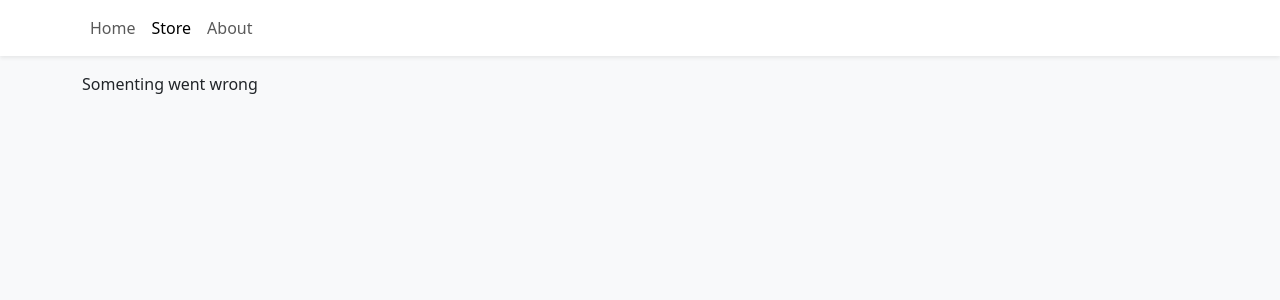
Repository: kurtveil/react-ecommerce
Page: /store
These files come from the project's save history. The page is drawn as it stood at one moment and after the next save; the edit follows.
The browser window is 1280 px wide. The pictures show the whole page.
The page's requests for data from a server got no answer. The project was rebuilt for these pictures with package versions that can differ from the ones it lists, and the page was loaded fresh each time. No one was signed in, and anything a server would have sent is missing. Also part of the build but not shown: vite.config.ts, src/pages/Home.tsx, src/pages/About.tsx, src/components/CartItem.tsx, src/components/StoreItem.tsx.

Above is the page before, as saved 2023-07-26 11:35:17.

### src/main.tsx
import React from 'react'
import ReactDOM from 'react-dom/client'
import App from './App.tsx'
import "bootstrap/dist/css/bootstrap.min.css";
import { BrowserRouter } from 'react-router-dom';

ReactDOM.createRoot(document.getElementById('root')!).render(
  <React.StrictMode>
    <BrowserRouter>
      <App />
    </BrowserRouter>
  </React.StrictMode>,
)

### src/App.tsx
import { ApolloProvider, ApolloClient, InMemoryCache } from '@apollo/client';
import { Routes, Route } from "react-router-dom";
import { Container } from "react-bootstrap";
import Home from "./pages/Home";
import About from "./pages/About";
import Navbar from "./components/Navbar";
import Store from './pages/Store';
import { ShoppingCartProvider } from './context/ShoppingCartContext';

const cache = new InMemoryCache({
  typePolicies: {
    Query: {
      fields: {

        products: {
          merge(existing, incoming) {
            return incoming;
          }
        }
      }
    }
  }
});


const client = new ApolloClient({
  uri: 'http://localhost:8000/graphql', // 'https://manage-projects.onrender.com/graphql',
  cache
});

function App() {

  return (
    <>
      <ApolloProvider client={client}>
    <ShoppingCartProvider>

    <Navbar/>
      <Container className="mb-4">
        <Routes>
          <Route path="/" element={<Home />} />
          <Route path="/store" element={<Store />} />
          <Route path="/about" element={<About />} />
        </Routes>
      </Container>
    </ShoppingCartProvider>
        </ApolloProvider >
    </>
  )
}

export default App

### src/components/Navbar.tsx
import { Container, Button, Nav, Navbar as NavbarBs } from 'react-bootstrap';
import { NavLink } from 'react-router-dom';
import ShoppingCartIcon from '@mui/icons-material/ShoppingCart';
import { useShoppingCart } from '../context/ShoppingCartContext';
export default function Navbar() {
    const { openCart, cartQuantity } = useShoppingCart();
    return (
        <NavbarBs sticky='top' className='bg-white shadow-sm mb-3'>
            <Container>
                <Nav className='me-auto'>
                    <Nav.Link to="/" as={NavLink}>
                        Home
                    </Nav.Link>
                    <Nav.Link to="/store" as={NavLink}>
                        Store
                    </Nav.Link>
                    <Nav.Link to="/about" as={NavLink}>
                        About
                    </Nav.Link>
                </Nav>
                {cartQuantity > 0 && (<Button
                    onClick={openCart}
                    style={{ width: "3rem", height: "3rem", position: 'relative' }} variant='outline-primary' className='rounded-circle'>
                    <ShoppingCartIcon />


                    <div className='rounded-circle bg-danger d-flex justify-content-center align-items-center'
                        style={{
                            color: 'white',
                            width: '1.5rem',
                            height: "1.5rem",
                            position: "absolute",
                            bottom: 0,
                            right: 0,
                            transform: "translate(25%, 25%)"
                        }}>{cartQuantity}</div>

                </Button>)}
            </Container>
        </NavbarBs>
    )
}

### src/pages/Store.tsx
import { useQuery } from "@apollo/client";
import { Row, Col } from 'react-bootstrap';
import {GET_PRODUCTS }  from "../queries/productQueries";
import {StoreItem} from "../components/StoreItem";

export default function Store(){
  const { loading, error, data } = useQuery(GET_PRODUCTS);

  if (loading) return <h1>Loading</h1>;
  if (error) return <p>Somenting went wrong</p>;

    return (
      <>
      <h1>Store</h1>
      <Row md={2} xs={1} lg={3} className="g-3">

          {data.products.map((item: any) =>(
             <Col key={item.id}>
               <StoreItem {...item} />
              </Col>
          ))}

      </Row>
      </>
    )
}

### src/context/ShoppingCartContext.tsx
import { ReactNode, createContext, useContext, useState } from "react";
import ShoppingCart from "../components/ShoppingCart";
import useLocalStorage from "../hooks/useLocalStorage";

type ShoppingCartProviderProps = {
    children: ReactNode
}

type ShoppingCartContext = {
    openCart: () => void
    closeCart: () => void
    getItemQuantity: (id: number) => number
    increaseCartQuantity: (id: number) => void
    decreaseCartQuantity: (id: number) => void
    removeFromCart: (id: number) => void
    cartQuantity: number
    cartItems: CartItem[]
}
type CartItem = {
    id: number
    quantity: number
}

const ShoppingCartContext = createContext({} as
    ShoppingCartContext)

export function useShoppingCart(){
    return useContext(ShoppingCartContext)
}

export function ShoppingCartProvider({children}:ShoppingCartProviderProps ){
    const [cartItems, setCartItems] = useLocalStorage<CartItem[]>("shopping-cart",[])
    const [isOpen, setIsOpen] = useState(false);

    const cartQuantity = cartItems.reduce((quantity, item)=> item.quantity + quantity, 0)

    const openCart = () => setIsOpen(true);
    const closeCart = () => setIsOpen(false);

    function getItemQuantity(id:number){
        return cartItems.find(item=> item.id === id)?.quantity || 0
    }

    function increaseCartQuantity(id:number){
       setCartItems(currItems => {
        if (currItems.find(item => item.id === id) == null){
            return [...currItems, { id, quantity: 1 }]
        } else {
            return currItems.map(item => {
                if (item.id === id){
                    return { ...item, quantity: item.quantity + 1 }
                } else {
                    return item
                }
            })
        }
       })
    }

    function decreaseCartQuantity(id:number){
        setCartItems(currItems => {
         if (currItems.find(item=>item.id === id)?.quantity === 1){
             return currItems.filter(item=> item.id !== id)
         } else {
             return currItems.map(item => {
                 if (item.id ===id){
                     return {...item,quantity: item.quantity-1}
                 } else {
                     return item
                 }
             })
         }
        })
     }

     function removeFromCart(id: number){
        setCartItems(currItems=>{
            return currItems.filter(item=> item.id !== id)
        })
     }

    return (
    <ShoppingCartContext.Provider value={{
        getItemQuantity,
        increaseCartQuantity,
        decreaseCartQuantity,
        removeFromCart,
        cartItems,
        cartQuantity,
        openCart,
        closeCart
        }}>
        {children}
        <ShoppingCart isOpen={isOpen}/>
    </ShoppingCartContext.Provider>
    )
}

### src/queries/productQueries.js
import { gql } from "@apollo/client";

const GET_PRODUCTS = gql `
    query getProduct{
        products {
            id
            name
            description
            amount
            price
            image
        }
    }
`;

const GET_PRODUCT = gql `
    query getProduct($id:ID!) {
        project(id: $id){
            id
            name
            description
            amount
            price
            image
        }
    }
 `;

export { GET_PRODUCTS, GET_PRODUCT};

### src/components/ShoppingCart.tsx
import { Offcanvas,Stack } from 'react-bootstrap'
import { useShoppingCart } from '../context/ShoppingCartContext';
import { CartItem } from './CartItem';
import { formatCurrency } from '../utilities/formatCurrency';
import { GET_PRODUCTS } from '../queries/productQueries';
import { useQuery } from '@apollo/client';

type ShoppingCartProps = {
    isOpen: boolean
 }
export default function ShoppingCart({isOpen}: ShoppingCartProps) {
    const {closeCart,cartItems} = useShoppingCart();
    const {  data } = useQuery(GET_PRODUCTS);
    console.warn(data);

  return (
    <Offcanvas show={isOpen} placement='end' onHide={closeCart}>

        <Offcanvas.Header closeButton>
            <Offcanvas.Title>Cart</Offcanvas.Title>
        </Offcanvas.Header>
        <Offcanvas.Body>
          <Stack gap={3}>
              {cartItems.map(item=>(
                  <CartItem key={item.id} {...item}/>
              ))}
              {data !== undefined}?(
                <div className='ms-auto fw-bold fs-5'>
                Total {formatCurrency(cartItems.reduce((total, cartItem) => {
                 const item = data.products.find((i: any) => i.id == cartItem.id)
                 return total + (item?.price||0) * cartItem.quantity
                }, 0)
                )}
              </div>
              ) : (null)
          </Stack>
        </Offcanvas.Body>
    </Offcanvas>
      )
}

### src/hooks/useLocalStorage.tsx
import {useState,useEffect} from 'react'

export default function useLocalStorage<T>(key:string, initialValue: T| (() => T)) {
    const [value, setValue] = useState<T>(()=> {
        const jsonValue = localStorage.getItem(key)
        if ( jsonValue != null ) return JSON.parse(jsonValue)

        if ( typeof initialValue === "function" ){
            return (initialValue as () => T)()
        } else {
            return initialValue
        }
    })

    useEffect(() => {
        localStorage.setItem(key, JSON.stringify(value))
    }, [key,value])
  return [value, setValue] as [typeof value, typeof setValue]
}

### src/utilities/formatCurrency.ts
const CURRENCY_FORMATTER = new Intl.NumberFormat(undefined, {
    currency: "USD",
    style: "currency",
})

export function formatCurrency(number: number){
    return CURRENCY_FORMATTER.format(number)
}

Loaded but not shown: index.html (common file)

After the next save:
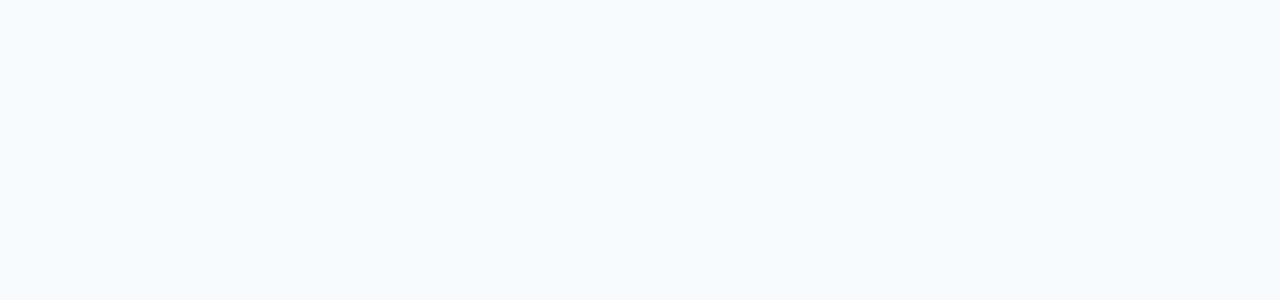
Console error: TypeError: Cannot read properties of undefined (reading 'products')
Saved 19 s later.
--- a/src/components/ShoppingCart.tsx
+++ b/src/components/ShoppingCart.tsx
@@ -24,7 +24,7 @@
               {cartItems.map(item=>(
                   <CartItem key={item.id} {...item}/>
               ))}
-              {data !== undefined}?(
+              {data.products !== undefined}?(
                 <div className='ms-auto fw-bold fs-5'>
                 Total {formatCurrency(cartItems.reduce((total, cartItem) => {
                  const item = data.products.find((i: any) => i.id == cartItem.id)

After the 3 saves that followed:
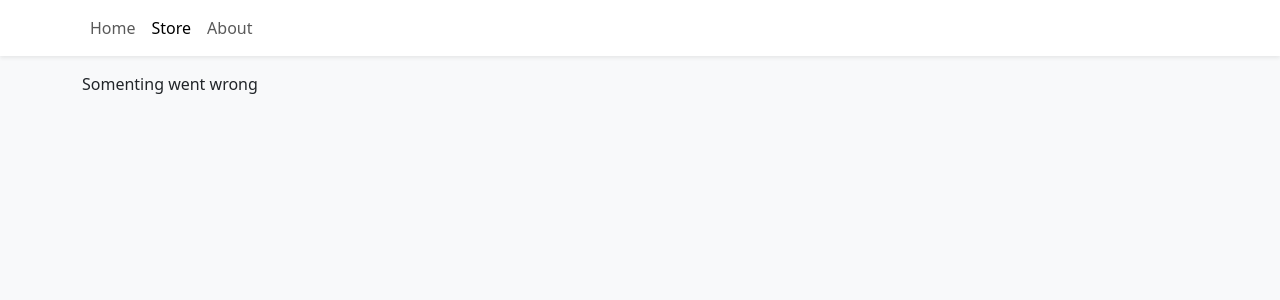
The error is gone.
The 3 saves are shown as one change because 1 left the picture as it was and some came seconds apart.
The last was saved 85 s later.
--- a/src/components/ShoppingCart.tsx
+++ b/src/components/ShoppingCart.tsx
@@ -24,7 +24,7 @@
               {cartItems.map(item=>(
                   <CartItem key={item.id} {...item}/>
               ))}
-              {data.products !== undefined}?(
+              {data?(
                 <div className='ms-auto fw-bold fs-5'>
                 Total {formatCurrency(cartItems.reduce((total, cartItem) => {
                  const item = data.products.find((i: any) => i.id == cartItem.id)
@@ -32,7 +32,7 @@
                 }, 0)
                 )}
               </div>
-              ) : (null)
+              ) : (null)}
           </Stack>
         </Offcanvas.Body>
     </Offcanvas>
